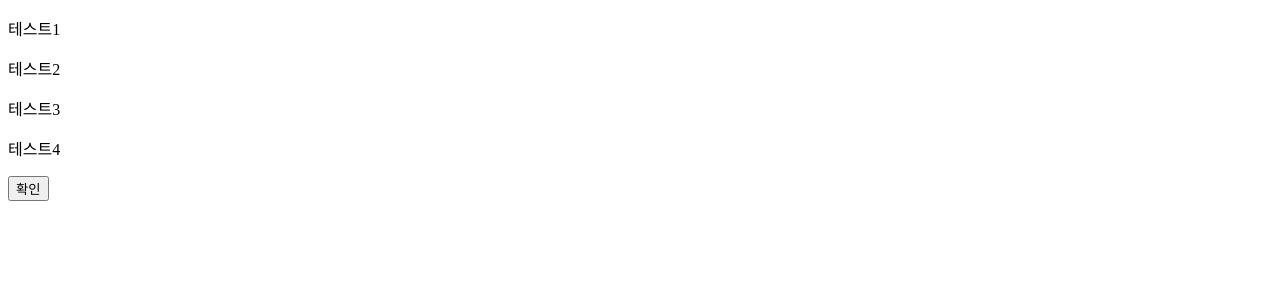
Repository: IreneCho/sk
Page: jqueryTest/WebContent/day13/l.html
An editor plug-in stored every save of this project. The page is shown before and after the next save, followed by the edit.
The browser window is 1280 px wide. The pictures show the whole page.
Some web libraries are served in a nearby version.

Above is the page before, as saved 2016-08-16 00:43:06.

After the next save:
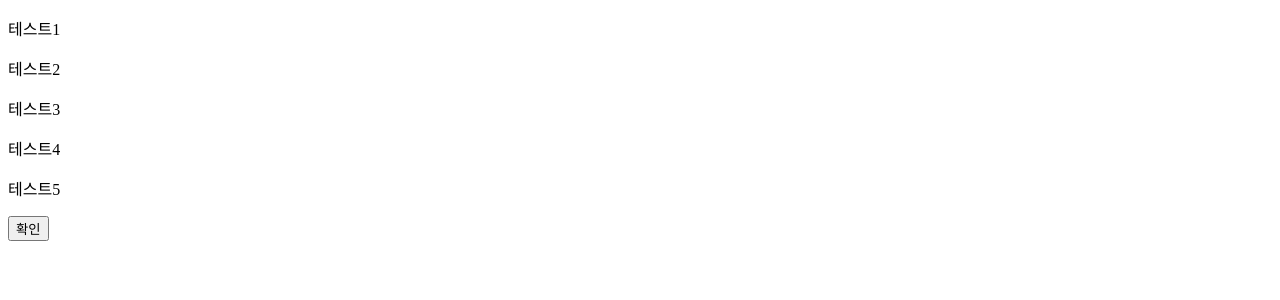
Saved 55 s later.
--- a/jqueryTest/WebContent/day13/l.html
+++ b/jqueryTest/WebContent/day13/l.html
@@ -10,6 +10,7 @@
 	<p id='myp'>테스트2</p>
 	<p class="myc">테스트3</p>
 	<p>테스트4</p>
+	<p><span>테스트5</span></p>
 	</div>
 	<button onclick="fn()">확인</button>
 </body>
@@ -29,7 +30,7 @@
 	//	$('#my p').eq(1).css('color','red') //후손p의 첫번째: 테스트2만 빨강
 	//	$('p').filter(".myc").css('color','red') //p태그 중에서 클래스 속성이 myc인것만 선택: 테스트3
 	//	$('#my p').first().css('color','red')
-		$('p').not('.myc').css('color','red')
+	//	$('p').not('.myc').css('color','red') //p태그 중에서 클래스 속성이 myc인것만 빼고 선택 : 테스트1,2,4
 	}
 </script>
 </html>
